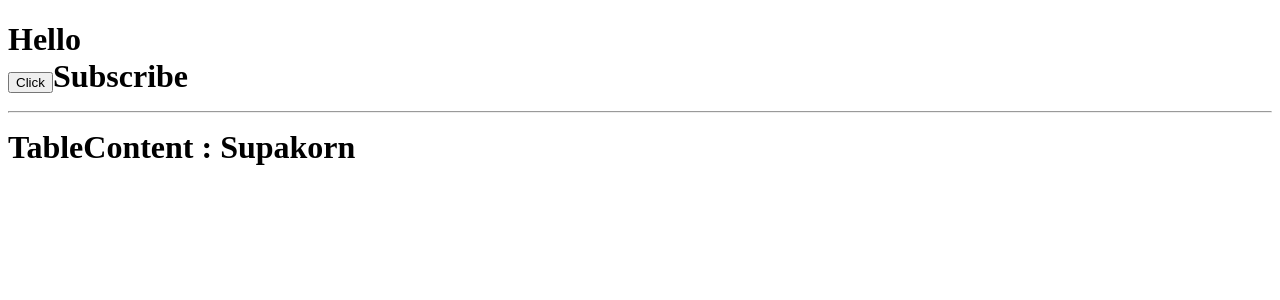
Repository: supakorn5039-boon/React-s
Page: /
The author's editor kept a copy of each file at every save. The page is drawn from the files as they stood at one save, then again after the next save.
The browser window is 1280 px wide. The pictures show the whole page.
The project was rebuilt for these pictures with package versions that can differ from the ones it lists, and the page was loaded fresh each time. Also part of the build but not shown: vite.config.js.

Above is the page before, as saved 2024-01-09 08:45:18.

After the next save:
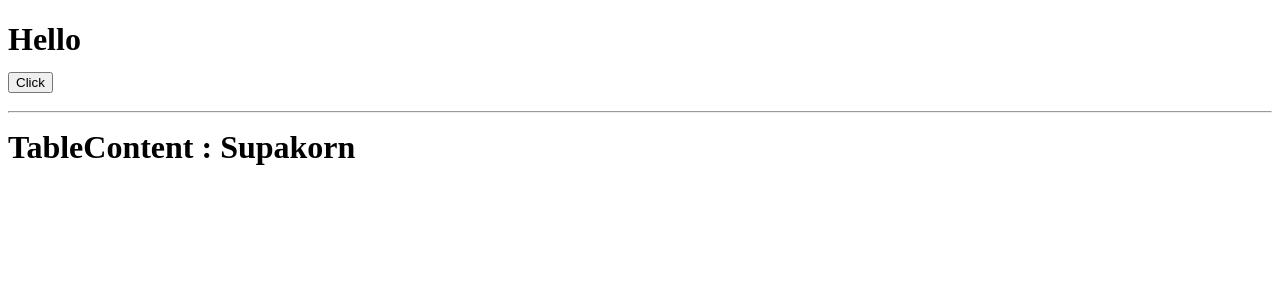
Saved 19 s later.
--- a/src/components/Navbar.jsx
+++ b/src/components/Navbar.jsx
@@ -2,7 +2,7 @@ import { useState } from "react";
 
 /* eslint-disable react/prop-types */
 export default function Navbar({ setData }) {
-  const [sub, setSub] = useState("Subscribe");
+  const [sub, setSub] = useState();
 
   return (
     <div>
